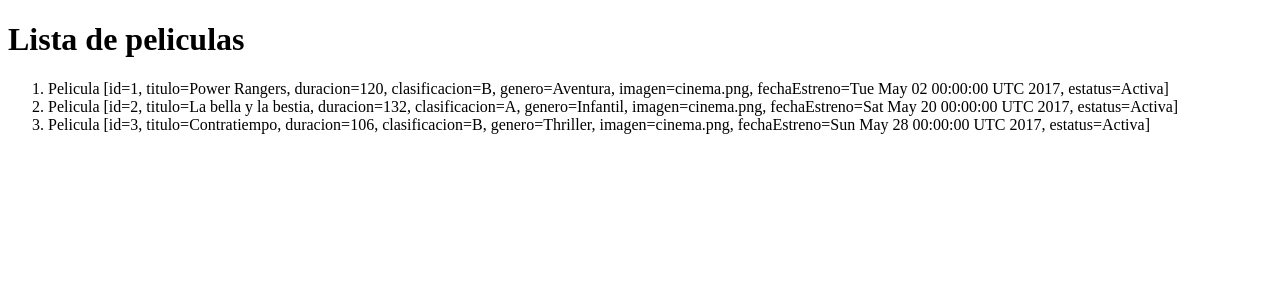
Repository: carlosgijon/Curso-Spring-e-Hibernate
Page: http://localhost/cineapp/
An editor plug-in stored every save of this project. The page is shown before and after the next save, followed by the edit.
The browser window is 1280 px wide. The pictures show the whole page.
The page is served by Tomcat 9. Other server files are loaded and not shown.

Above is the page before, as saved 2018-09-28 12:47:15.

### cineapp/webapp/WEB-INF/views/home.jsp
<%@ page language="java" contentType="text/html; charset=ISO-8859-1"
    pageEncoding="ISO-8859-1"%>

<!-- Agregamos la libreria jstl para recorrer el listado de peliculas  -->
<%@taglib uri="http://java.sun.com/jsp/jstl/core" prefix="c"%>

<!DOCTYPE html PUBLIC "-//W3C//DTD HTML 4.01 Transitional//EN" "http://www.w3.org/TR/html4/loose.dtd">
<html>
<head>
<meta http-equiv="Content-Type" content="text/html; charset=ISO-8859-1">
<title>Bienvenido a Cineapp</title>
</head>
<body>
	<h1>Lista de peliculas</h1>
	<ol>
		<c:forEach items="${ peliculas}" var="pelicula">
			<li>${pelicula}</li>
		</c:forEach>
	</ol>
</body>
</html>

### cineapp/src/main/java/net/itinajero/app/model/Pelicula.java
package net.itinajero.app.model;

import java.util.Date;

public class Pelicula {

	// Creamos las propiedades del objeto pelicula
	private int id;
	private String titulo;
	private int duracion;
	private String clasificacion;
	private String genero;
	private String imagen = "cinema.png";  // Imagen por defecto
	private Date fechaEstreno;
	private String estatus = "Activa";

	// SETTERs y GETTERs se hace boton derecho > source > Generate setter and getter
	public int getId() {
		return id;
	}

	public void setId(int id) {
		this.id = id;
	}

	public String getTitulo() {
		return titulo;
	}

	public void setTitulo(String titulo) {
		this.titulo = titulo;
	}

	public int getDuracion() {
		return duracion;
	}

	public void setDuracion(int duracion) {
		this.duracion = duracion;
	}

	public String getClasificacion() {
		return clasificacion;
	}

	public void setClasificacion(String clasificacion) {
		this.clasificacion = clasificacion;
	}

	public String getGenero() {
		return genero;
	}

	public void setGenero(String genero) {
		this.genero = genero;
	}

	public String getImagen() {
		return imagen;
	}

	public void setImagen(String imagen) {
		this.imagen = imagen;
	}

	public Date getFechaEstreno() {
		return fechaEstreno;
	}

	public void setFechaEstreno(Date fechaEstreno) {
		this.fechaEstreno = fechaEstreno;
	}

	public String getEstatus() {
		return estatus;
	}

	public void setEstatus(String estatus) {
		this.estatus = estatus;
	}



	// Sobreescribimos el método toString para saber el valor del objeto.
	// Se hace boton derecho > source > generate toString();
	@Override
	public String toString() {
		return "Pelicula [id=" + id + ", titulo=" + titulo + ", duracion=" + duracion + ", clasificacion="
				+ clasificacion + ", genero=" + genero + ", imagen=" + imagen + ", fechaEstreno=" + fechaEstreno
				+ ", estatus=" + estatus + "]";
	}

}

After the next save:
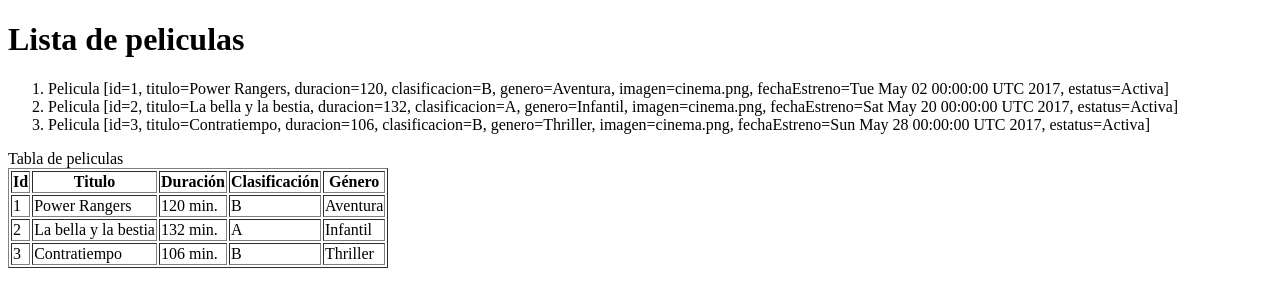
Saved 8 min 47 s later.
--- a/cineapp/webapp/WEB-INF/views/home.jsp
+++ b/cineapp/webapp/WEB-INF/views/home.jsp
@@ -17,5 +17,29 @@
 			<li>${pelicula}</li>
 		</c:forEach>
 	</ol>
+
+	Tabla de peliculas
+	<table border="1">
+		<thead>
+			<tr>
+				<th>Id</th>
+				<th>Titulo</th>
+				<th>Duración</th>
+				<th>Clasificación</th>
+				<th>Género</th>
+			</tr>
+		</thead>
+		<tbody>
+			<c:forEach items="${ peliculas}" var="pelicula">
+				<tr>
+					<td>${pelicula.id }</td>
+					<td>${pelicula.titulo }</td>
+					<td>${pelicula.duracion } min.</td>
+					<td>${pelicula.clasificacion }</td>
+					<td>${pelicula.genero }</td>
+				</tr>
+			</c:forEach>
+		</tbody>
+	</table>
 </body>
 </html>
